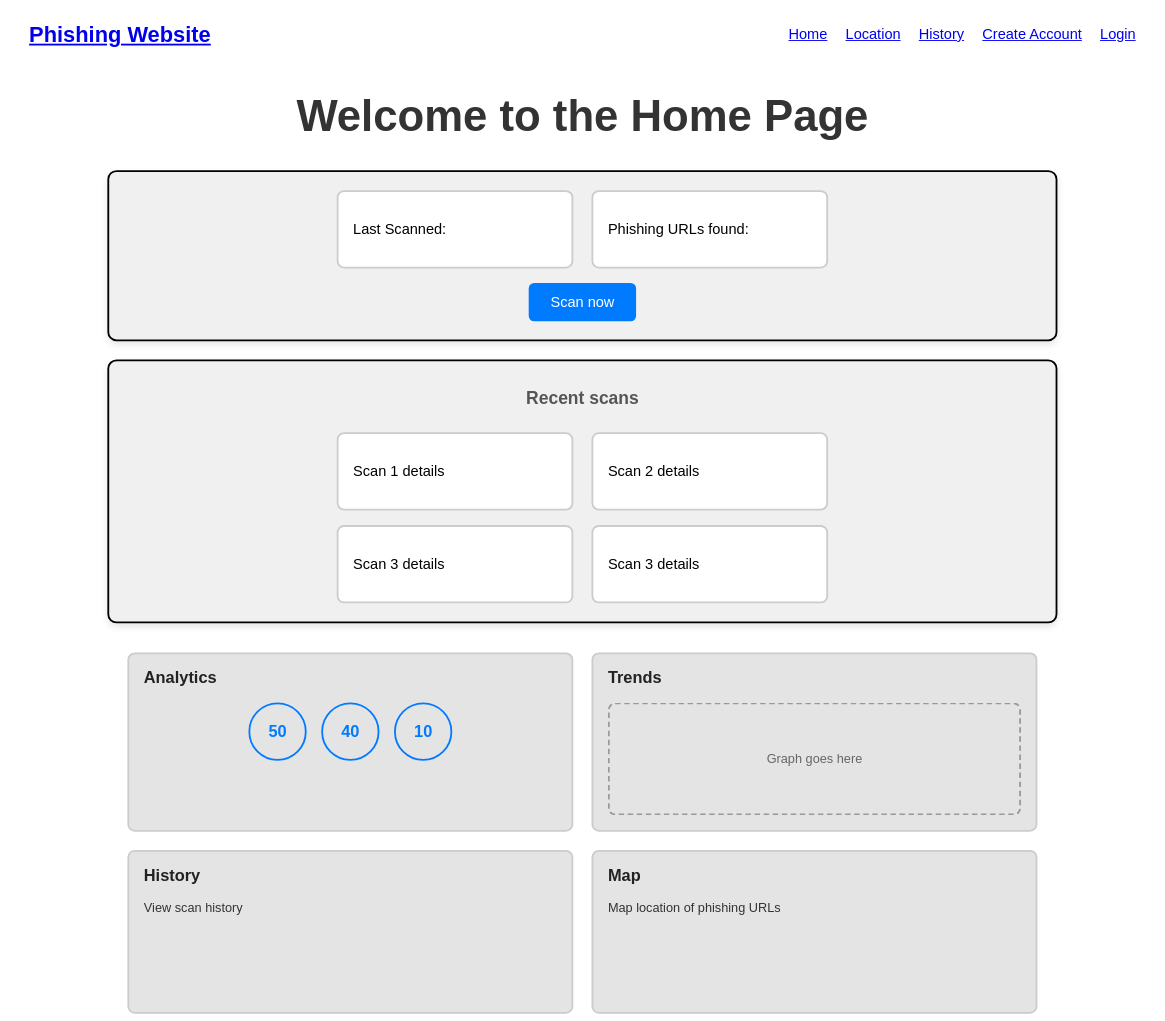
Repository: 2305199/Final-year-project
Page: / (app in frontend/)
An editor plug-in stored every save of this project. The page is shown before and after the next save, followed by the edit.
The browser window is 1280 px wide. The pictures show the whole page, at 91% of full size.
The project was rebuilt for these pictures with package versions that can differ from the ones it lists, and the page was loaded fresh each time. Also part of the build but not shown: frontend/vite.config.js, frontend/src/Location/Location.jsx, frontend/src/History/History.jsx, frontend/src/User/CreateAccount.jsx, frontend/src/User/Login.jsx.

Above is the page before, as saved 2026-01-29 02:26:47.

### frontend/src/App.jsx
import { BrowserRouter as Router, Routes, Route } from 'react-router-dom';
import Home from './Home/Home.jsx'
import Location from './Location/Location.jsx'
import History from './History/History.jsx'
import CreateAccount from './User/CreateAccount.jsx'
import Login from './User/Login.jsx'
import Header from './components/Header.jsx'

function App() {

  return (
    <Router>
    <Header />
   <Routes>
      <Route path="/" element={<Home />} />
      <Route path="/location" element={<Location />} />
      <Route path="/history" element={<History />} />
      <Route path="/createAccount" element={<CreateAccount />} />
      <Route path="/login" element={<Login />} />
   </Routes>
    </Router>
  )
}

export default App

### frontend/src/Home/Home.jsx
import styles from './Home.module.css'
function Home() {
    return ( <div>
        <div className={styles.title}> <h1>Welcome to the Home Page</h1></div>


<div className={styles.Box}>
  <div className={styles.topRow}>
    <div className={styles.Lscanned}>
      <p>Last Scanned:</p>
    </div>

    <div className={styles.Pfound}>
      <p>Phishing URLs found:</p>
    </div>
  </div>

  <button className={styles.scanButton}>Scan now</button>
</div>



    <div className={styles.Box}>
        <h2 className={styles.title2}>Recent scans</h2>
        <div className={styles.recentScans}>
            <div className={styles.topRow}>
            <div className={styles.Lscanned}><p>Scan 1 details</p></div>
            <div className={styles.Lscanned}><p>Scan 2 details</p></div>
            </div>
            <div className={styles.topRow}>
            <div className={styles.Lscanned}><p>Scan 3 details</p></div>
             <div className={styles.Lscanned}><p>Scan 3 details</p></div>
             </div>
        </div>
    </div>
          {/* Lower dashboard blocks */}
      <section className={styles.section}>
        <div className={styles.bottomGrid}>

          {/* Analytics numbers */}
          <div className={styles.panel}>
            <h3 className={styles.panelTitle}>Analytics</h3>
            <div className={styles.analyticsCircles}>
              <div className={styles.circle}>50</div>
              <div className={styles.circle}>40</div>
              <div className={styles.circle}>10</div>
            </div>
          </div>

          {/* Chart placeholder */}
          <div className={styles.panel}>
            <h3 className={styles.panelTitle}>Trends</h3>
            <div className={styles.chartPlaceholder}>Graph goes here</div>
          </div>

          {/* History */}
          <div className={styles.panel}>
            <h3 className={styles.panelTitle}>History</h3>
            <div className={styles.panelBody}>View scan history</div>
          </div>

          {/* Map */}
          <div className={styles.panel}>
            <h3 className={styles.panelTitle}>Map</h3>
            <div className={styles.panelBody}>Map location of phishing URLs</div>
          </div>
        </div>
      </section>

    </div>)
}
export default Home

### frontend/src/components/Header.jsx
import styles from './Header.module.css'
function Header() {
    return (   <nav className={styles.navbar}>
      <h1 className={styles.logo}>
        <a href="/">Phishing Website</a>
      </h1>

      <ul className={styles.navLinks}>
        <li><a href="/">Home</a></li>
        <li><a href="/location">Location</a></li>
        <li><a href="/history">History</a></li>
        <li><a href="/createAccount">Create Account</a></li>
        <li><a href="/login">Login</a></li>
      </ul>
    </nav>)

}
export default Header

### frontend/src/Home/Home.module.css
/* Page title */
.title {
  text-align: center;
  font-size: 1.5rem;
  margin: 20px 0;
  color: #333;
  font-family: Arial, sans-serif;
}

/* Main card/box wrapper */
.Box {
  display: flex;
  flex-direction: column;
  align-items: center;
  justify-content: center;

  border: 2px solid #000;
  padding: 20px;
  margin: 20px auto;
  width: min(1000px, 92%);

  background-color: #f0f0f0;
  border-radius: 10px;
  box-shadow: 0 4px 8px rgba(0, 0, 0, 0.1);
  gap: 16px;
}

/* Row used for the two top stats + recent scan rows */
.topRow {
  display: flex;
  gap: 20px;
  align-items: stretch;
  justify-content: center;
  flex-wrap: wrap; /* stacks nicely on smaller screens */
  width: 100%;
}

/* Small stat cards (Last scanned / Phishing found / recent scan items) */
.Lscanned,
.Pfound {
  border: 2px solid #ccc;
  padding: 16px;
  border-radius: 8px;
  background-color: #fff;
  font-family: Arial, sans-serif;

  width: 260px;
  max-width: 100%;
  box-sizing: border-box;
}

/* Scan button */
.scanButton {
  padding: 12px 24px;
  font-size: 16px;
  background-color: #007bff;
  color: #fff;

  border: none;
  border-radius: 6px;
  cursor: pointer;
  transition: background-color 0.2s ease;
}

.scanButton:hover {
  background-color: #0056b3;
}

/* Recent scans wrapper */
.recentScans {
  width: 100%;
  display: flex;
  flex-direction: column;
  gap: 16px;
  font-family: Arial, Helvetica, sans-serif;
}

/* Lower dashboard section */
.section {
  margin-top: 32px;
  width: min(1000px, 92%);
  margin-left: auto;
  margin-right: auto;
}

/* 2x2 responsive grid for Analytics/Trends/History/Map */
.bottomGrid {
  display: grid;
  grid-template-columns: repeat(2, minmax(0, 1fr));
  gap: 20px;
}

@media (max-width: 700px) {
  .bottomGrid {
    grid-template-columns: 1fr;
  }
}

/* Panels */
.panel {
  border: 2px solid #ccc;
  border-radius: 8px;
  background-color: #e4e4e4;
  padding: 16px;
  min-height: 180px;
  box-sizing: border-box;
  font-family: Arial, Helvetica, sans-serif;
}

.panelTitle {
  margin: 0 0 16px;
  font-size: 18px;
  font-weight: 600;
  color: #222;
  font-family: Arial, sans-serif;
}

.analyticsCircles {
  display: flex;
  gap: 16px;
  flex-wrap: wrap;
  justify-content: center;
  font-family: Arial, Helvetica, sans-serif;
}

.circle {
  width: 60px;
  height: 60px;
  border-radius: 50%;
  border: 2px solid #007bff;

  display: flex;
  align-items: center;
  justify-content: center;

  font-size: 18px;
  font-weight: bold;
  color: #007bff;
}

.chartPlaceholder {
  height: 120px;
  border: 2px dashed #999;
  display: flex;
  align-items: center;
  justify-content: center;
  color: #666;
  font-size: 14px;
  border-radius: 8px;
  font-family: Arial, Helvetica, sans-serif;
}

.panelBody {
  font-size: 14px;
  color: #333;
  font-family: Arial, Helvetica, sans-serif;
}
.title2 {
  text-align: center;
  font-size: 1.2rem;
  margin: 10px 0;
  color: #555;
  font-family: Arial, sans-serif;
}

### frontend/src/components/Header.module.css
.navLinks {
  list-style: none;
  display: flex;
  gap: 20px;
  margin: 0;
  padding: 0;
}

.navbar {
  display: flex;
  justify-content: space-between;
  align-items: center;
  padding: 16px 24px;
  font-family: Arial, Helvetica, sans-serif;

}
.logo {
  margin: 0;
  font-size: 24px;
}

Loaded but not shown: frontend/index.html (common file); frontend/src/main.jsx (common file); frontend/src/index.css (no stored copy; drawn as an empty file)

After the next save:
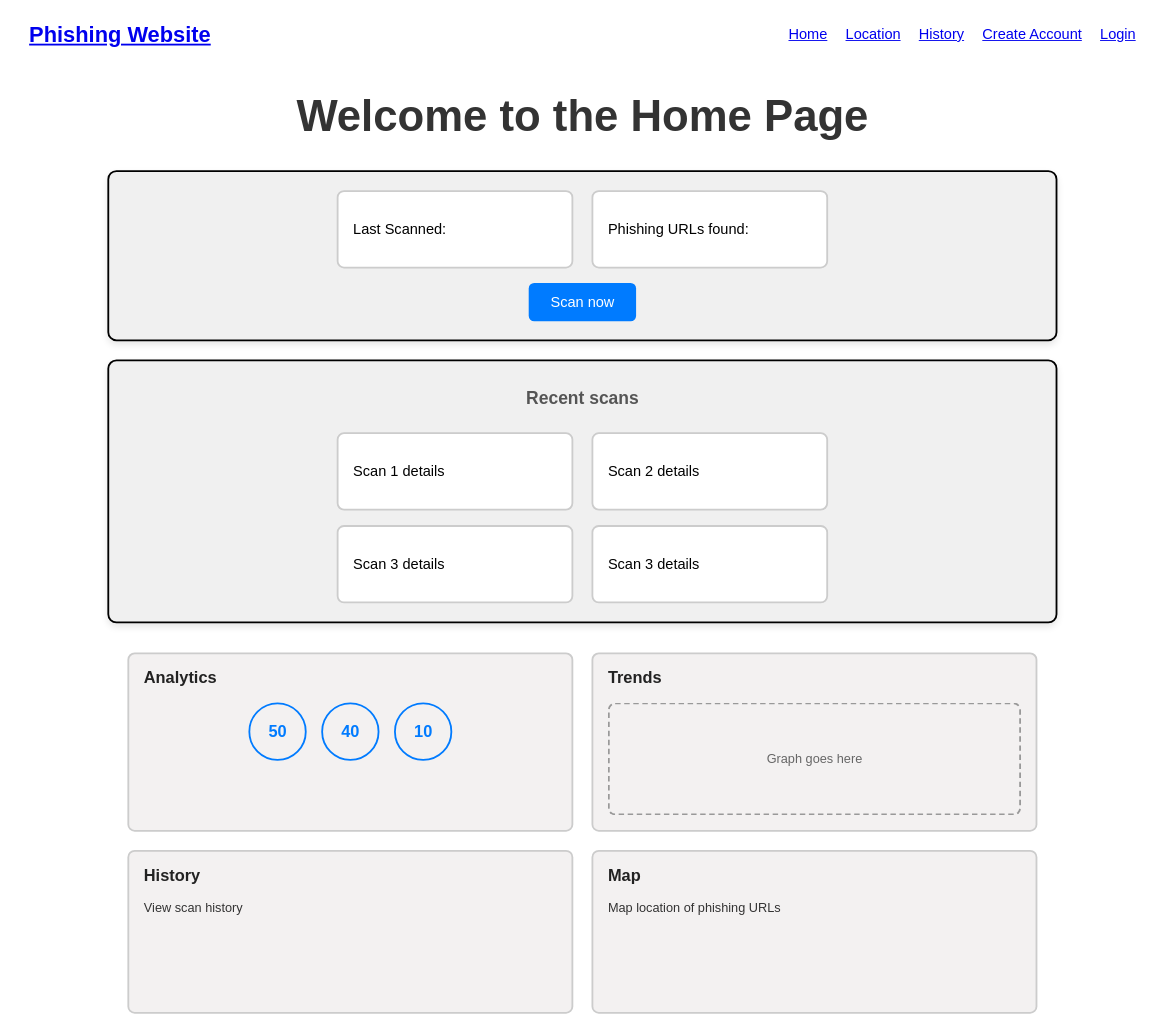
Saved 20 s later.
--- a/frontend/src/Home/Home.module.css
+++ b/frontend/src/Home/Home.module.css
@@ -100,7 +100,7 @@
 .panel {
   border: 2px solid #ccc;
   border-radius: 8px;
-  background-color: #e4e4e4;
+  background-color: #f3f1f1;
   padding: 16px;
   min-height: 180px;
   box-sizing: border-box;
